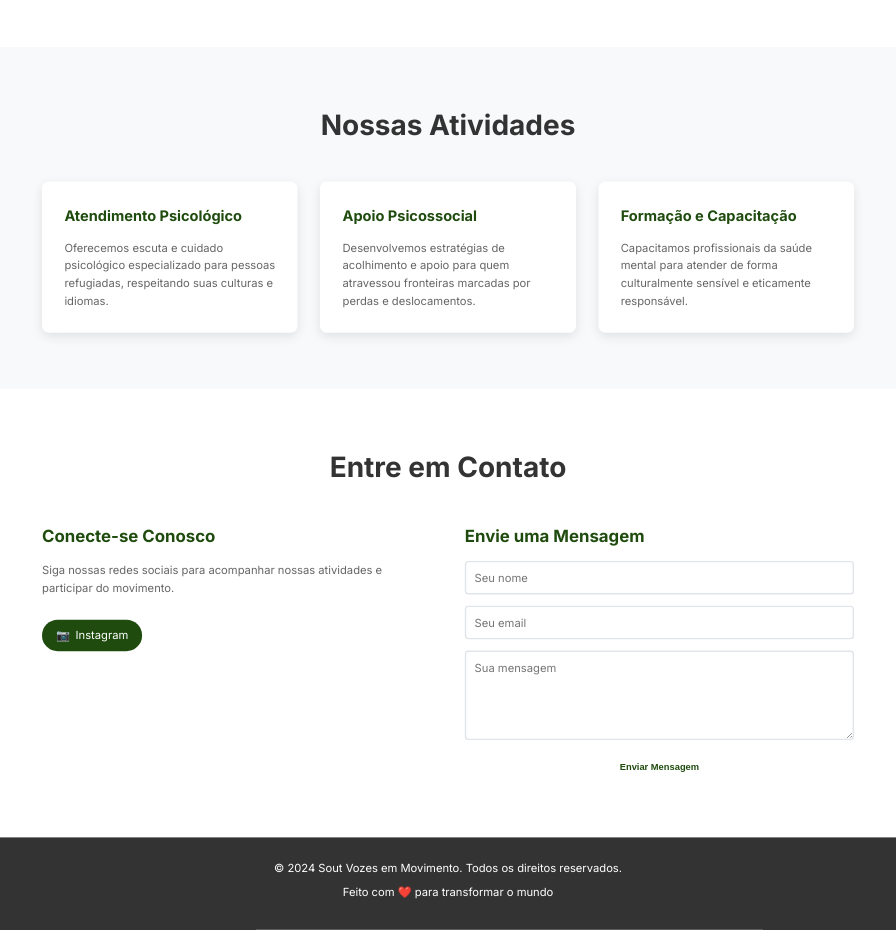
Repository: farukzahra/sout
Page: index.html
The author's editor kept a copy of each file at every save. The page is drawn from the files as they stood at one save, then again after the next save.
The browser window is 1280 px wide. The pictures show the part of the page from y = 1326 to 3246 px (the page is 2654 px tall before and 3246 px after), at 70% of full size.
Some web fonts or font styles are not loaded; a fallback is used.

Above is the page before, as saved 2025-10-02 18:53:03.

### index.html
<!DOCTYPE html>
<html lang="pt-BR">
<head>
    <meta charset="UTF-8">
    <meta name="viewport" content="width=device-width, initial-scale=1.0">
    <title>Sout Vozes em Movimento</title>
    <meta name="description" content="Sout Vozes em Movimento - Movimento social e cultural">
    <link rel="stylesheet" href="style.css">
    <link href="https://fonts.googleapis.com/css2?family=Inter:wght@300;400;600;700&display=swap" rel="stylesheet">
    <link href="https://fonts.googleapis.com/css2?family=League+Spartan:wght@400;500;600;700;800;900&display=swap" rel="stylesheet">
    <link href="https://fonts.googleapis.com/css2?family=TT+Chocolates:wght@400;500;600;700;800;900&display=swap" rel="stylesheet">
</head>
<body>
    <header class="header">
        <nav class="nav">
            <div class="nav-brand">
                <h1>صوت</h1>
            </div>
            <ul class="nav-menu">
                <li><a href="#sobre">Sobre</a></li>
                <li><a href="#atividades">Atividades</a></li>
                <li><a href="#contato">Contato</a></li>
            </ul>
        </nav>
    </header>

    <main>
        <section class="hero">
            <div class="hero-content">
                <div class="hero-logo">
                    <img src="logo-sout.png" alt="Sout Vozes em Movimento" class="logo-image">
                </div>
                <p>Somos uma rede de profissionais da saúde mental dedicada ao acolhimento e atendimento de pessoas refugiadas que falam árabe ou inglês.</p>
                <div class="hero-buttons">
                    <a href="#sobre" class="btn btn-primary">Conheça o Movimento</a>
                    <a href="https://www.instagram.com/sout_vozesemmovimento/" target="_blank" class="btn btn-secondary">Siga no Instagram</a>
                </div>
            </div>
        </section>

        <section id="sobre" class="section">
            <div class="container">
                <h2>Sobre o Sout</h2>
                <div class="about-content">
                    <div class="about-text">
                        <p>"Sout - Vozes em Movimento" é uma rede de profissionais da saúde mental, com foco no acolhimento e atendimento de pessoas refugiadas que falam árabe ou inglês.</p>
                        <p>Atuamos de forma ética, sensível e culturalmente situada, oferecendo escuta, cuidado psicológico e apoio psicossocial a quem atravessou fronteiras marcadas por guerras, perdas e deslocamentos forçados.</p>
                        <p>Mais do que um serviço, Sout é um gesto coletivo de resistência e presença: escutamos histórias que o mundo silencia e cuidamos de vozes que seguem em movimento.</p>
                        <p>Num tempo em que tantas portas se fecham, escolhemos abrir escuta e afeto na língua que abriga a alma.</p>
                        <p>Acompanhe e apoie nosso trabalho!</p>
                    </div>
                    <div class="about-image">
                        <div class="placeholder-image">
                            <span>Imagem do Coletivo</span>
                        </div>
                    </div>
                </div>
            </div>
        </section>

        <section id="atividades" class="section section-alt">
            <div class="container">
                <h2>Nossas Atividades</h2>
                <div class="activities-grid">
                    <div class="activity-card">
                        <h3>Atendimento Psicológico</h3>
                        <p>Oferecemos escuta e cuidado psicológico especializado para pessoas refugiadas, respeitando suas culturas e idiomas.</p>
                    </div>
                    <div class="activity-card">
                        <h3>Apoio Psicossocial</h3>
                        <p>Desenvolvemos estratégias de acolhimento e apoio para quem atravessou fronteiras marcadas por perdas e deslocamentos.</p>
                    </div>
                    <div class="activity-card">
                        <h3>Formação e Capacitação</h3>
                        <p>Capacitamos profissionais da saúde mental para atender de forma culturalmente sensível e eticamente responsável.</p>
                    </div>
                </div>
            </div>
        </section>

        <section id="contato" class="section">
            <div class="container">
                <h2>Entre em Contato</h2>
                <div class="contact-content">
                    <div class="contact-info">
                        <h3>Conecte-se Conosco</h3>
                        <p>Siga nossas redes sociais para acompanhar nossas atividades e participar do movimento.</p>
                        <div class="social-links">
                            <a href="https://www.instagram.com/sout_vozesemmovimento/" target="_blank" class="social-link">
                                <span>📷</span> Instagram
                            </a>
                        </div>
                    </div>
                    <div class="contact-form">
                        <h3>Envie uma Mensagem</h3>
                        <form action="https://api.web3forms.com/submit" method="POST" id="contact-form">
                            <input type="hidden" name="access_key" value="3ed1149a-7ec4-41a6-8297-e322822d6b4c">
                            <input type="hidden" name="subject" value="Nova mensagem do site Sout Vozes em Movimento">
                            <input type="text" name="name" placeholder="Seu nome" required>
                            <input type="email" name="email" placeholder="Seu email" required>
                            <textarea name="message" placeholder="Sua mensagem" rows="5" required></textarea>
                            <button type="submit" class="btn btn-primary">Enviar Mensagem</button>
                        </form>
                    </div>
                </div>
            </div>
        </section>
    </main>

    <footer class="footer">
        <div class="container">
            <p>&copy; 2024 Sout Vozes em Movimento. Todos os direitos reservados.</p>
            <p>Feito com ❤️ para transformar o mundo</p>
        </div>
    </footer>

    <script>
        // Smooth scrolling para links internos
        document.querySelectorAll('a[href^="#"]').forEach(anchor => {
            anchor.addEventListener('click', function (e) {
                e.preventDefault();
                const target = document.querySelector(this.getAttribute('href'));
                if (target) {
                    target.scrollIntoView({
                        behavior: 'smooth',
                        block: 'start'
                    });
                }
            });
        });

        // Formulário de contato com Web3Forms
        document.getElementById('contact-form').addEventListener('submit', function(e) {
            // Mostrar loading
            const submitBtn = this.querySelector('button[type="submit"]');
            const originalText = submitBtn.textContent;
            submitBtn.textContent = 'Enviando...';
            submitBtn.disabled = true;

            // O Web3Forms vai processar automaticamente
            // Não precisamos de preventDefault() pois queremos que o form seja enviado
        });
    </script>
</body>
</html>

### style.css
/* Reset e configurações básicas */
* {
    margin: 0;
    padding: 0;
    box-sizing: border-box;
}

body {
    font-family: 'Inter', sans-serif;
    line-height: 1.6;
    color: #333;
    background-color: #fff;
}

.container {
    max-width: 1200px;
    margin: 0 auto;
    padding: 0 20px;
}

/* Header */
.header {
    background-color: #1F4C0E;
    color: white;
    padding: 1rem 0;
    position: fixed;
    top: 0;
    width: 100%;
    z-index: 1000;
    box-shadow: 0 2px 10px rgba(0,0,0,0.1);
}

.nav {
    display: flex;
    justify-content: space-between;
    align-items: center;
    max-width: 1200px;
    margin: 0 auto;
    padding: 0 20px;
}

.nav-brand h1 {
    font-size: 1.5rem;
    font-weight: 700;
    direction: rtl;
    font-family: 'TT Chocolates', 'League Spartan', 'Inter', 'Arial', sans-serif;
}

.hero-logo {
    margin-bottom: 1rem;
}

.logo-image {
    max-width: 400px;
    width: 100%;
    height: auto;
    object-fit: contain;
}

.hero-logo .logo-subtitle {
    font-size: 1.2rem;
    opacity: 0.9;
}

.nav-menu {
    display: flex;
    list-style: none;
    gap: 2rem;
}

.nav-menu a {
    color: white;
    text-decoration: none;
    font-weight: 500;
    transition: opacity 0.3s ease;
}

.nav-menu a:hover {
    opacity: 0.8;
}

/* Hero Section */
.hero {
    background-color: #1F4C0E;
    color: white;
    padding: 60px 0 80px;
    text-align: center;
    min-height: 100vh;
    display: flex;
    align-items: center;
    justify-content: center;
}


.hero-content h2 {
    font-size: 3rem;
    font-weight: 700;
    margin-bottom: 1rem;
    text-shadow: 2px 2px 4px rgba(0,0,0,0.3);
    font-family: 'League Spartan', 'Inter', 'Arial', sans-serif;
}

.hero-content {
    max-width: 800px;
    margin: 0 auto;
    padding: 0 20px;
}

.hero-content p {
    font-size: 1.2rem;
    margin-top: 1rem;
    margin-bottom: 2rem;
    max-width: 600px;
    margin-left: auto;
    margin-right: auto;
    opacity: 0.9;
}

.hero-buttons {
    display: flex;
    gap: 1rem;
    justify-content: center;
    flex-wrap: wrap;
}

/* Botões */
.btn {
    display: inline-block;
    padding: 12px 30px;
    text-decoration: none;
    border-radius: 50px;
    font-weight: 600;
    transition: all 0.3s ease;
    border: 2px solid transparent;
}

.btn-primary {
    background: white;
    color: #1F4C0E;
    border-color: white;
}

.btn-primary:hover {
    background: transparent;
    color: white;
    border-color: white;
}

.btn-secondary {
    background: transparent;
    color: white;
    border-color: white;
}

.btn-secondary:hover {
    background: white;
    color: #1F4C0E;
}

/* Seções */
.section {
    padding: 80px 0;
}

.section-alt {
    background-color: #f8f9fa;
}

.section h2 {
    text-align: center;
    font-size: 2.5rem;
    margin-bottom: 3rem;
    color: #333;
}

/* Sobre */
.about-content {
    display: grid;
    grid-template-columns: 2fr 1fr;
    gap: 3rem;
    align-items: center;
}

.about-text p {
    font-size: 1.1rem;
    margin-bottom: 1.5rem;
    color: #666;
}

.placeholder-image {
    background-color: #1F4C0E;
    height: 300px;
    border-radius: 10px;
    display: flex;
    align-items: center;
    justify-content: center;
    color: white;
    font-size: 1.2rem;
    font-weight: 600;
}

/* Atividades */
.activities-grid {
    display: grid;
    grid-template-columns: repeat(auto-fit, minmax(300px, 1fr));
    gap: 2rem;
}

.activity-card {
    background: white;
    padding: 2rem;
    border-radius: 10px;
    box-shadow: 0 5px 15px rgba(0,0,0,0.1);
    transition: transform 0.3s ease, box-shadow 0.3s ease;
}

.activity-card:hover {
    transform: translateY(-5px);
    box-shadow: 0 10px 25px rgba(0,0,0,0.15);
}

.activity-card h3 {
    color: #1F4C0E;
    margin-bottom: 1rem;
    font-size: 1.3rem;
}

.activity-card p {
    color: #666;
    line-height: 1.6;
}

/* Contato */
.contact-content {
    display: grid;
    grid-template-columns: 1fr 1fr;
    gap: 3rem;
}

.contact-info h3 {
    color: #1F4C0E;
    margin-bottom: 1rem;
    font-size: 1.5rem;
}

.contact-info p {
    color: #666;
    margin-bottom: 2rem;
}

.social-links {
    display: flex;
    gap: 1rem;
}

.social-link {
    display: flex;
    align-items: center;
    gap: 0.5rem;
    padding: 10px 20px;
    background-color: #1F4C0E;
    color: white;
    text-decoration: none;
    border-radius: 25px;
    transition: transform 0.3s ease;
}

.social-link:hover {
    transform: translateY(-2px);
}

.contact-form h3 {
    color: #1F4C0E;
    margin-bottom: 1rem;
    font-size: 1.5rem;
}

.contact-form form {
    display: flex;
    flex-direction: column;
    gap: 1rem;
}

.contact-form input,
.contact-form textarea {
    padding: 12px;
    border: 2px solid #e1e5e9;
    border-radius: 5px;
    font-family: inherit;
    font-size: 1rem;
    transition: border-color 0.3s ease;
}

.contact-form input:focus,
.contact-form textarea:focus {
    outline: none;
    border-color: #1F4C0E;
}

.contact-form textarea {
    resize: vertical;
    min-height: 120px;
}

/* Footer */
.footer {
    background: #333;
    color: white;
    text-align: center;
    padding: 2rem 0;
}

.footer p {
    margin-bottom: 0.5rem;
}

/* Responsividade */
@media (max-width: 768px) {
    .nav {
        flex-direction: column;
        gap: 1rem;
    }

    .nav-menu {
        gap: 1rem;
    }

    .logo-image {
        max-width: 300px;
    }

    .hero-content h2 {
        font-size: 2rem;
        font-family: 'League Spartan', 'Inter', 'Arial', sans-serif;
    }

    .hero-buttons {
        flex-direction: column;
        align-items: center;
    }

    .about-content,
    .contact-content {
        grid-template-columns: 1fr;
        gap: 2rem;
    }

    .activities-grid {
        grid-template-columns: 1fr;
    }

    .section h2 {
        font-size: 2rem;
    }
}

@media (max-width: 480px) {
    .hero {
        padding: 40px 0 60px;
    }

    .logo-image {
        max-width: 250px;
    }

    .hero-content h2 {
        font-size: 1.8rem;
        font-family: 'League Spartan', 'Inter', 'Arial', sans-serif;
    }

    .hero-content p {
        font-size: 1rem;
    }

    .section {
        padding: 60px 0;
    }

    .container {
        padding: 0 15px;
    }
}

After the next save:
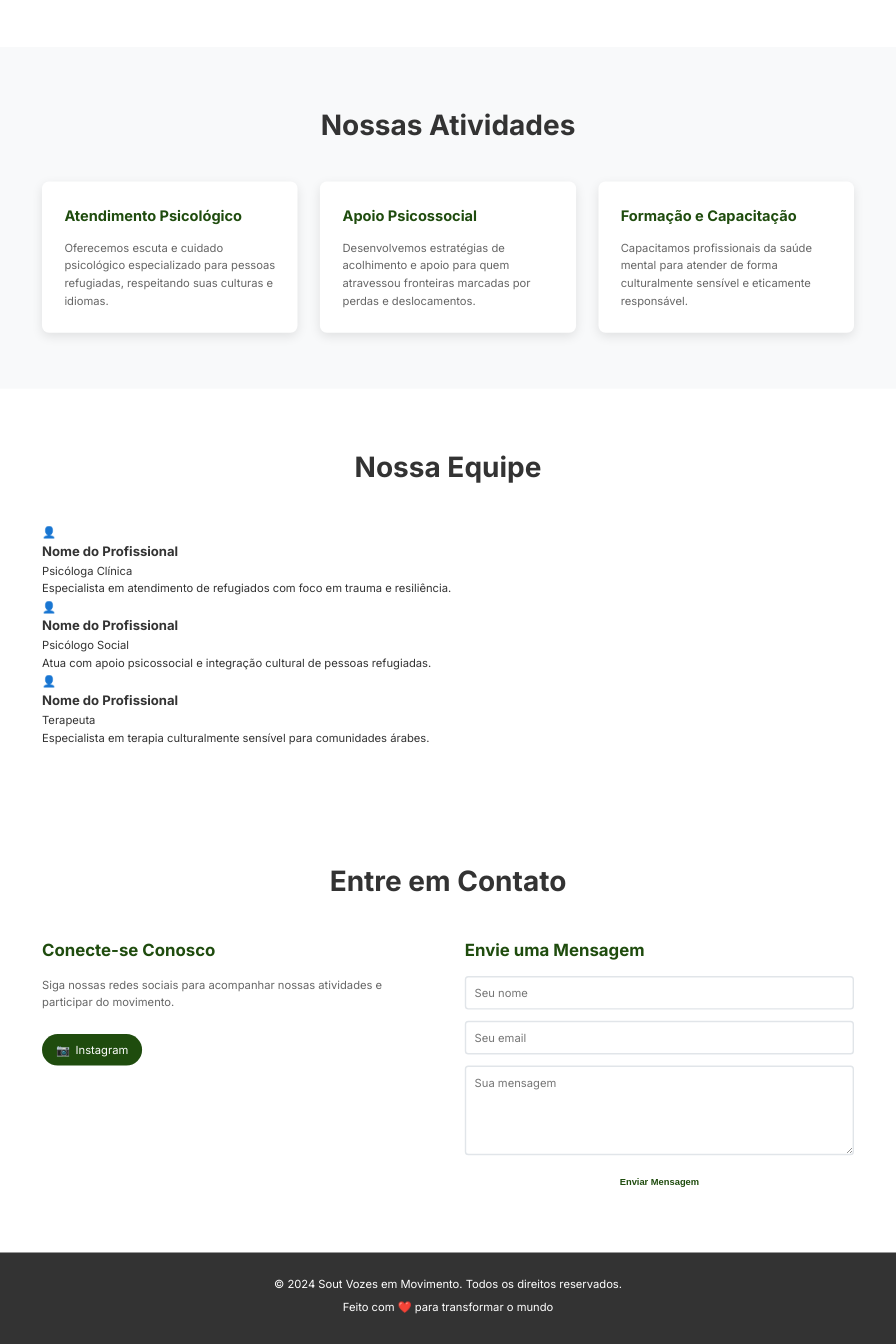
Saved 26 s later.
--- a/index.html
+++ b/index.html
@@ -78,6 +78,44 @@
             </div>
         </section>
 
+        <section id="equipe" class="section">
+            <div class="container">
+                <h2>Nossa Equipe</h2>
+                <div class="team-grid">
+                    <div class="team-card">
+                        <div class="team-photo">
+                            <div class="placeholder-photo">
+                                <span>👤</span>
+                            </div>
+                        </div>
+                        <h3>Nome do Profissional</h3>
+                        <p class="team-role">Psicóloga Clínica</p>
+                        <p class="team-description">Especialista em atendimento de refugiados com foco em trauma e resiliência.</p>
+                    </div>
+                    <div class="team-card">
+                        <div class="team-photo">
+                            <div class="placeholder-photo">
+                                <span>👤</span>
+                            </div>
+                        </div>
+                        <h3>Nome do Profissional</h3>
+                        <p class="team-role">Psicólogo Social</p>
+                        <p class="team-description">Atua com apoio psicossocial e integração cultural de pessoas refugiadas.</p>
+                    </div>
+                    <div class="team-card">
+                        <div class="team-photo">
+                            <div class="placeholder-photo">
+                                <span>👤</span>
+                            </div>
+                        </div>
+                        <h3>Nome do Profissional</h3>
+                        <p class="team-role">Terapeuta</p>
+                        <p class="team-description">Especialista em terapia culturalmente sensível para comunidades árabes.</p>
+                    </div>
+                </div>
+            </div>
+        </section>
+
         <section id="contato" class="section">
             <div class="container">
                 <h2>Entre em Contato</h2>
